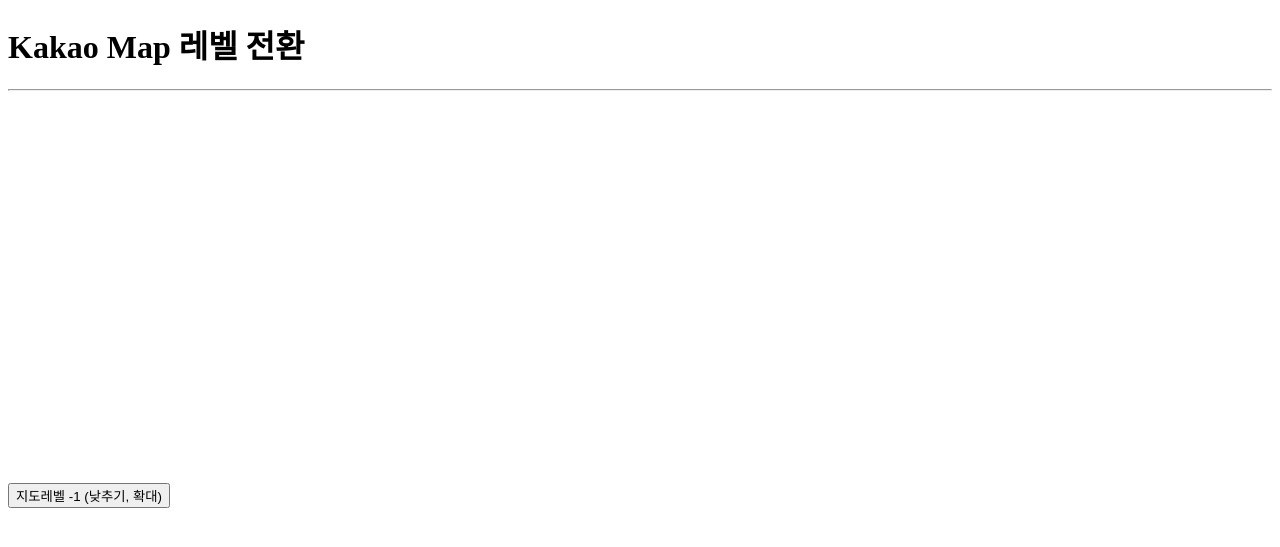
Repository: DongHyenYoo/DongHyen
Page: KakaoMapStudy/MapApp01/WebContent/MapTest005.html
The author's editor kept a copy of each file at every save. The page is drawn from the files as they stood at one save, then again after a run of saves.
The browser window is 1280 px wide. The pictures show the whole page.

Above is the page before, as saved 2022-12-29 02:49:14.
Console error: ReferenceError: initialize is not defined

### KakaoMapStudy/MapApp01/WebContent/MapTest005.html
<!DOCTYPE html>
<html>
<head>
<meta charset="UTF-8">
<title>Insert title here</title>
</head>
<body onload="initialize()">


<!-- ○ 발급받은 App Key -->
<!-- appkey=b0adb6cf684c4c502462a6673bf822bf -->

<!-- ○ 지도의 중심 좌표-->
<!-- 37.556556 , 126.919550 -->


<div>

	<h1>Kakao Map 레벨 전환</h1>
	<hr />
</div>


<!-- 지도를 그릴 div 공간 확보(지정) -->
<div id="map" style="width:100%; height:350px;"></div>
<br>

<!-- 지도의 레벨 출력 -->
<span id="mapLevel"></span>


<p>
	<button type="button" onclick="zoomIn()">지도레벨 -1 (낮추기, 확대)</button>
</p>

</body>
</html>

After the next 2 saves:
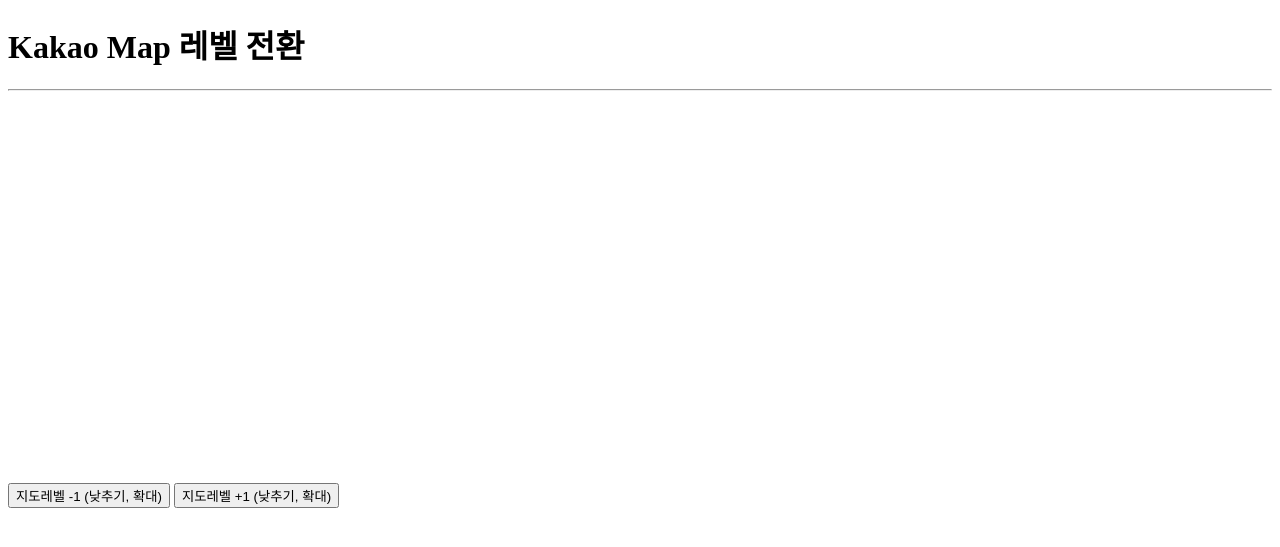
The 2 saves are shown as one change because they came seconds apart.
The last was saved 11 s later.
--- a/KakaoMapStudy/MapApp01/WebContent/MapTest005.html
+++ b/KakaoMapStudy/MapApp01/WebContent/MapTest005.html
@@ -31,6 +31,7 @@
 
 <p>
 	<button type="button" onclick="zoomIn()">지도레벨 -1 (낮추기, 확대)</button>
+	<button type="button" onclick="zoomOut()">지도레벨 +1 (낮추기, 확대)</button>
 </p>
 
 </body>
